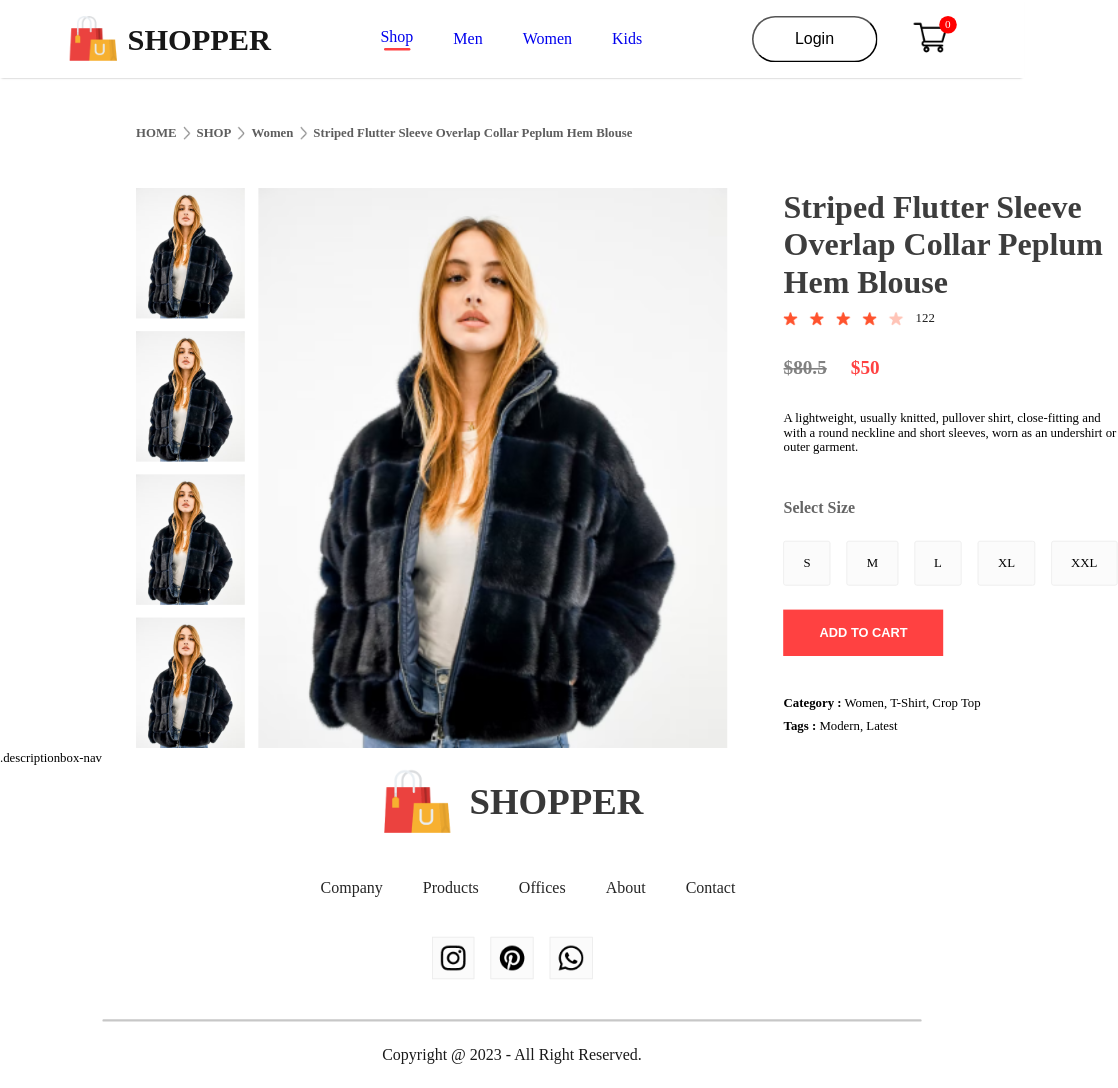
Repository: Nandhini653/SHOPPER-ECOM
Page: /product/1
The author's editor kept a copy of each file at every save. The page is drawn from the files as they stood at one save, then again after a run of saves.
The browser window is 1280 px wide. The page is 1397 px wide, so the pictures cover 1397 px, including what lies to the right of the window. The pictures show the whole page, at 80% of full size.
The project was rebuilt for these pictures with package versions that can differ from the ones it lists, and the page was loaded fresh each time. Also part of the build but not shown: src/App.css, src/Pages/CSS/ShopCategory.css, src/Components/Item/Item.css, src/Components/Item/Item.jsx, src/Pages/ShopCategory.jsx, src/Pages/Cart.jsx, src/Pages/CSS/LoginSignup.css, src/Pages/LoginSignup.jsx and 14 more.

Above is the page before, as saved 2024-06-24 17:35:44.

### src/index.css
* {
  margin: 0;
}

body {
  margin: 0;
  font-family: -apple-system, BlinkMacSystemFont, 'Segoe UI', 'Roboto', 'Oxygen',
    'Ubuntu', 'Cantarell', 'Fira Sans', 'Droid Sans', 'Helvetica Neue',
    sans-serif;
  -webkit-font-smoothing: antialiased;
  -moz-osx-font-smoothing: grayscale;
  font-family: 'poppins';
}

code {
  font-family: source-code-pro, Menlo, Monaco, Consolas, 'Courier New',
    monospace;
}

### src/App.js

import './App.css';
import Navbar from './Components/Navbar/Navbar';
import ShopCategory from './Pages/ShopCategory';
import Cart from './Pages/Cart';
import LoginSignup from './Pages/LoginSignup';
import Product from './Pages/Product';
import Shop from './Pages/Shop';
import Footer from './Components/Footer/Footer';
import men_banner from './Components/Assests/banner_mens.png'
import women_banner from './Components/Assests/banner_women.png'
import kid_banner from './Components/Assests/banner_kids.png'

import { BrowserRouter,Routes,Route } from 'react-router-dom';

function App() {
  return (
    <div>
      <BrowserRouter>
      <Navbar/>
      <Routes>
        <Route path = '/' element={<Shop/>}/>
        <Route path = '/mens' element={<ShopCategory  banner={men_banner}category="men"/>}/>
        <Route path = '/womens' element={<ShopCategory banner={women_banner} category="women"/>}/>
        <Route path = '/kids' element={<ShopCategory  banner= {kid_banner} category="kids"/>}/>
        <Route path= '/product' element={<Product/>}/>
        <Route path='/product/:productId' element={<Product />} />
        <Route path='/cart' element={<Cart/>}/>
        <Route path='/login' element={<LoginSignup/>}/>
      </Routes>
      <Footer/>
      </BrowserRouter>

    </div>
  );
}

export default App;

### src/Context/ShopContext.jsx
 import React , { createContext, useContext } from "react";
 import all_product from '../Components/Assests/all_product';

export const ShopContext = createContext(null);

const ShopContextProvider = (props) => {

    const contextValue = {all_product};

    return (
        <ShopContext.Provider value ={contextValue}>
            {props.children}
        </ShopContext.Provider>
    )
}
export default ShopContextProvider;

### src/Components/Navbar/Navbar.jsx
import React, { useState } from 'react'
import './Navbar.css'
import logo from '../Assests/logo.png'
import cart_icon from '../Assests/cart_icon.png'
import { Link } from 'react-router-dom'


const Navbar = () => {

    const [menu, setMenu] = useState("shop")
  return (
    <div className='navbar'>
        <div className="nav-logo">
            <img src={logo} alt="logo" />
            <p>SHOPPER</p>
        </div>
      <div className="nav-menu">
        <li onClick={()=> {setMenu("shop")}}> <Link  style ={{textDecoration: 'none '}} to='/'>Shop</Link> {menu === "shop"? <hr/> :<></>}</li>
        <li onClick={()=> {setMenu("mens")}}><Link style ={{textDecoration: 'none '}} to='/mens'>Men</Link>  {menu === "mens"? <hr/> :<></>}</li>
        <li onClick={()=> {setMenu("womens")}}><Link style ={{textDecoration: 'none '}} to='/womens'>Women </Link> {menu === "womens"? <hr/> :<></>}</li>
        <li onClick={()=> {setMenu("kids")}}><Link style ={{textDecoration: 'none '}} to='/kids'>Kids</Link>  {menu === "kids"? <hr/> :<></>}</li>
      </div>
      <div className="nav-login-cart">
        <Link to='/login'><button>Login</button></Link>
        <Link to='/cart'><img src= {cart_icon} alt='cart-icon'/></Link>
        <div className="nav-cart-count">0</div>
      </div>
    </div>
  )
}

export default Navbar

### src/Pages/Product.jsx
import React, { useContext } from 'react'
import { useParams } from 'react-router-dom';
import {ShopContext} from '../Context/ShopContext'
import Breadcrums from '../Components/Breadcrums/Breadcrums';
import ProductDisplay from '../Components/ProductDisplay/ProductDisplay';
import DescriptionBox from '../Components/DescriptionBox/DescriptionBox';

const Product = () => {
  const {all_product} = useContext(ShopContext);
  const {productId} = useParams();
  const product =all_product.find((e)=> e.id === Number(productId));
  return (
    <div>
      <Breadcrums product={product}/>
      <ProductDisplay product={product}/>
      <DescriptionBox />
    </div>
  )
}

export default Product

### src/Components/Footer/Footer.jsx
import React from 'react'
import './Footer.css'
import footer_logo from '../Assests/logo_big.png'
import instagram_icon from '../Assests/instagram_icon.png'
import pintester_icon from '../Assests/pintester_icon.png'
import whatsapp_icon from '../Assests/whatsapp_icon.png'

const Footer = () => {
    return (
        <div className='footer'>
            <div className="footer-logo">
                <img src={footer_logo} alt='' />
                <p>SHOPPER</p>
            </div>
            <ul className='footer-links'>
                <li>Company</li>
                <li>Products</li>
                <li>Offices</li>
                <li>About</li>
                <li>Contact</li>
            </ul>
            <div className="footer-social-icon">
                <div className="footer-icons-container">
                    <img src={instagram_icon} alt="" />
                </div>
                <div className="footer-icons-container">
                    <img src={pintester_icon} alt="" />
                </div>
                <div className="footer-icons-container">
                    <img src={whatsapp_icon} alt="" />
                </div>
            </div>
             <div className="footer-copyright">
                <hr/>
                <p> Copyright @ 2023 - All Right Reserved.</p>
             </div>
        </div>
    )
}

export default Footer

### src/Components/Navbar/Navbar.css
  .navbar {
    display: flex;
    justify-content: space-around;
    padding: 16px;
    box-shadow: 0 1px 3px -2px black;
  }

  .nav-logo {
    display: flex;
    align-items: center;
    gap: 10px;
  }

  .nav-logo p{
    color: #171717;
    font-size: 38px;
    font-weight: 600;
  }
  .nav-menu {
    display: flex;
    align-items: center;
    list-style: none;
    gap: 50px;
    color: #626262;
    font-size: 20px;
    font-weight: 500;
  }

  .nav-menu li {
    display: flex;
    flex-direction: column;
    align-items: center;
    justify-content: center;
    gap: 3px;
    cursor: pointer;
  }

  .nav-menu hr {
    border: none;
    width: 80%;
    height: 3px;
    border-radius: 10px;
    background: #FF4141;
  }

.nav-login-cart {
    display: flex;
    align-items: center;
    gap: 45px;
}

.nav-login-cart button {
    width: 157px;
    height: 58px;
    outline: none;
    border: 1 px solid #7a7a7a;
    border-radius: 75px;
    font-size: 20px;
    font-weight: 500;
    background: white;
    cursor: pointer;
}

.nav-login-cart button:active {
    background: #f3f3f3;
}

.nav-cart-count {
    width: 22px;
    height: 22px;
    display: flex;
    justify-content: center;
    align-items: center;
    margin-top: -35px;
    margin-left: -55px;
    border-radius: 11px;
    font-size: 14px;
    background: red;
    color: white;

}

### src/Components/Breadcrums/Breadcrums.jsx
import React from 'react'
import './Breadcrums.css'
import arrow_icon from '../Assests/breadcrum_arrow.png'

const Breadcrums = (props) => {
    const {product} = props;
  return (
    <div className='breadcrum'>
      HOME <img src={arrow_icon} alt=''/> SHOP <img src={arrow_icon} alt=''/> {product.category} <img src={arrow_icon} alt=''/>
      {product.name}


    </div>
  )
}

export default Breadcrums

### src/Components/ProductDisplay/ProductDisplay.jsx
import React from 'react'
import './ProductDisplay.css'
import star_icon from '../Assests/star_icon.png'
import star_dull_icon from '../Assests/star_dull_icon.png'


const ProductDisplay = (props) => {
  const { product } = props;
  return (
    <div className='productdisplay'>
      <div className="productdisplay-left">
        <div className="productdisplay-img-list">
          <img src={product.image} alt="" />
          <img src={product.image} alt="" />
          <img src={product.image} alt="" />
          <img src={product.image} alt="" />
        </div>

        <div className="productdisplay-img">
          <img className='productdisplay-main-img' src={product.image} alt='' />
        </div>

      </div>

      <div className="productdisplay-right">
        <h1> {product.name}</h1>
        <div className="productdisplay-right-stars">
          <img src={star_icon} alt="" />
          <img src={star_icon} alt="" />
          <img src={star_icon} alt="" />
          <img src={star_icon} alt="" />
          <img src={star_dull_icon} alt="" />
          <p> {122}</p>
        </div>

        <div className="productdisplay-right-prices">
          <div className="productdisplay-right-price-old">
            ${product.old_price} </div>
          <div className="productdisplay-right-price-new">
            ${product.new_price}</div>
        </div>
        <div className="productdisplay-right-description">
         <p> A lightweight, usually knitted, pullover shirt, close-fitting and with a round neckline and short sleeves, worn as an undershirt or outer garment.</p>
        </div>
        <div className="productdisplay-right-size">
          <h1> Select Size</h1>
          <div className="productdisplay-right-sizes">
             <div>S</div>
             <div>M</div>
             <div>L</div>
             <div>XL</div>
             <div>XXL</div>
          </div>
        </div>
        <button>ADD TO CART </button>
        <p className='productdisplay-right-category'><span> Category :</span> Women, T-Shirt, Crop Top  </p>
        <p className='productdisplay-right-category'><span> Tags :</span> Modern, Latest </p>

      </div>
    </div>
  )
}

export default ProductDisplay

### src/Components/DescriptionBox/DescriptionBox.jsx
import React from 'react'
import './DescriptionBox.css'

const DescriptionBox = () => {
  return (
    <div className='descriptionbox'>
      .descriptionbox-nav
    </div>
  )
}

export default DescriptionBox

### src/Components/Footer/Footer.css
.footer {
    display: flex;
    flex-direction: column;
    justify-content: center;
    align-items: center;
    gap: 50px;
}

.footer-logo {
    display: flex;
    align-items: center;
    gap: 20px;
}

.footer-logo p {
    color: #383838;
    font-size: 46px;
    font-weight: 700;
}

.footer-links {
    display: flex;
    list-style: none;
    gap: 50px;
    color: #252525;
    font-size: 20px;
}

.footer-links li {
    cursor: pointer;
}

.footer-social-icon {
    display: flex;
    gap: 20px;
}

.footer-icons-container {
    padding: 10px;
    padding-bottom: 6px;
    background: #fbfbfb;
    border: 1px solid #ebebeb;
}

.footer-copyright {
    display: flex;
    flex-direction: column;
    align-items: center;
    gap: 30px;
    width: 100%;
    margin-bottom: 30px;
    color:#1a1a1a;
    font-size: 20px;
}

.footer-copyright hr {
     width: 80%;
     border: none;
     border-radius: 10px;
     height: 3px;
     background:#c7c7c7 ;
}

### src/Components/ProductDisplay/ProductDisplay.css
.productdisplay {
    display:flex ;
    margin: 0px 170px;
}

.productdisplay-left {
    display: flex;
    gap: 17px;
}

.productdisplay-img-list {
    display: flex;
    flex-direction: column;
    gap: 16px;
}

.productdisplay-img-list img {
    height: 163px;
}

.productdisplay-main-img {
    width: 586px;
    height: 700px;
}

.productdisplay-right {
    margin: 0px 70px;
    display: flex;
    flex-direction: column;
}

.productdisplay-right h1 {
    color: #3d3d3d;
    font-size: 40px;
    font-weight: 700;
}

.productdisplay-right-stars {
    display: flex;
    align-items: center;
    margin-top: 13px;
    gap: 15px;
    color: #1c1c1c;
    font-size: 16px;
}

.productdisplay-right-prices {
    display: flex;
    margin: 40px 0px;
    gap: 30px;
    font-size: 24px;
    font-weight: 700;
}

.productdisplay-right-price-old {
    color: #818181;
    text-decoration: line-through;
}

.productdisplay-right-price-new {
    color: #ff4141;
}

.productdisplay-right-size h1 {
    margin-top: 55px;
    color: #656565;
    font-size: 20px;
    font-weight: 600;
}

.productdisplay-right-sizes {
   display: flex;
   margin: 30px 0px;
   gap: 20px;
}

.productdisplay-right-sizes div {
    padding: 18px 24px;
    background: #fbfbfb;
    border: 1px solid #ebebeb;
    border-radius: 3px;
    cursor: pointer;
}

.productdisplay-right button {
    padding: 20px 40px;
    width: 200px;
    font-size: 16px;
    font-weight: 600;
    color: white;
    background: #ff4141;
    margin-bottom: 40px;
    border: none;
    outline: none;
    cursor: pointer;
}

.productdisplay-right-category {
    margin-top: 10px;
}

.productdisplay-right-category span {
    font-weight: 600;
}

Loaded but not shown: src/index.js (common file); src/reportWebVitals.js (common file); src/Components/Breadcrums/Breadcrums.css (common file); src/Components/Assests/all_product.js (329 lines, source omitted)

After the next 2 saves:
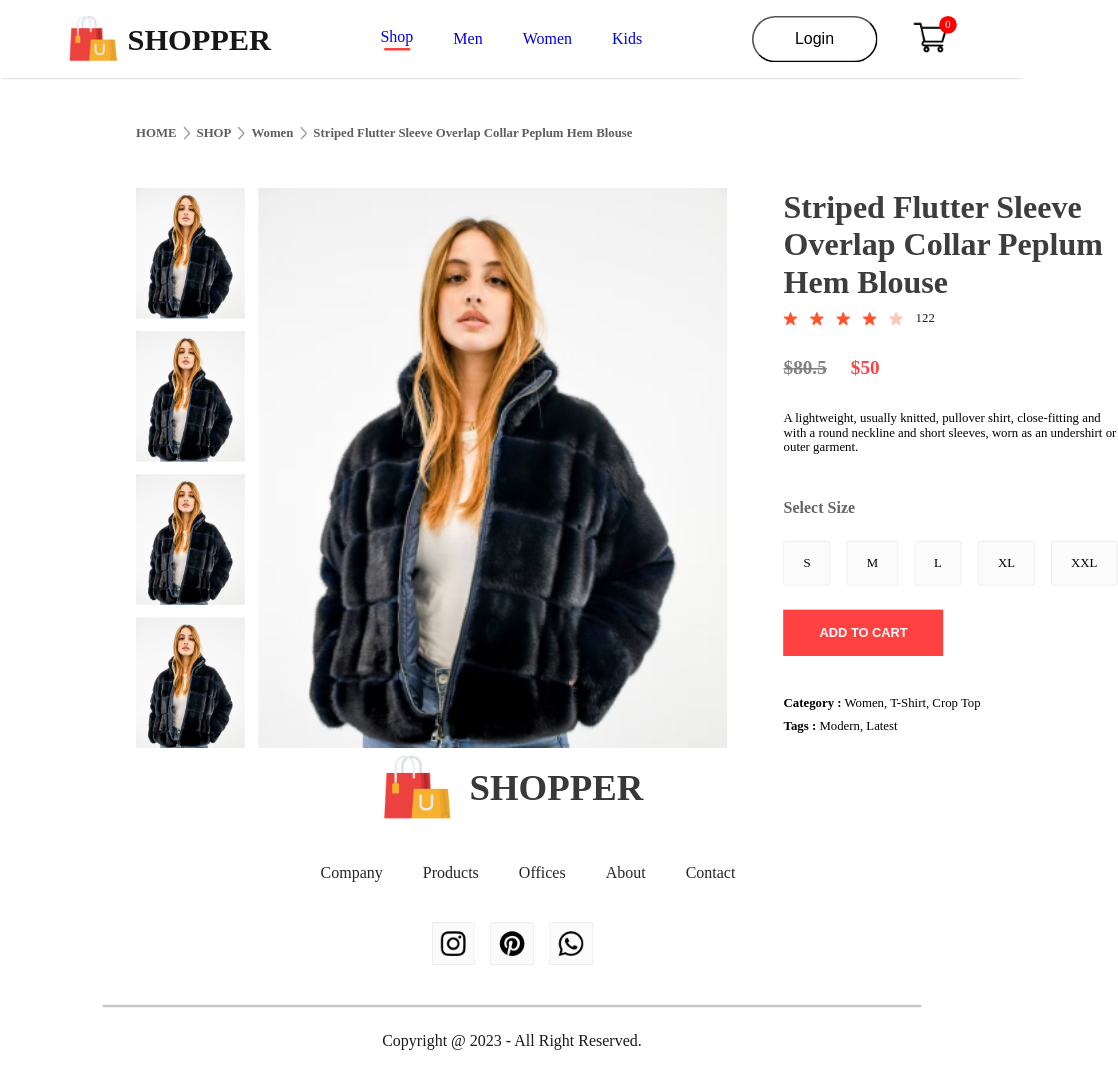
The 2 saves are shown as one change because they came seconds apart.
The last was saved 5 s later.
--- a/src/Components/DescriptionBox/DescriptionBox.jsx
+++ b/src/Components/DescriptionBox/DescriptionBox.jsx
@@ -4,7 +4,9 @@
 const DescriptionBox = () => {
   return (
     <div className='descriptionbox'>
-      .descriptionbox-nav
+      <div className="descriptionbox-navigator">
+
+      </div>
     </div>
   )
 }

After the 2 saves that followed:
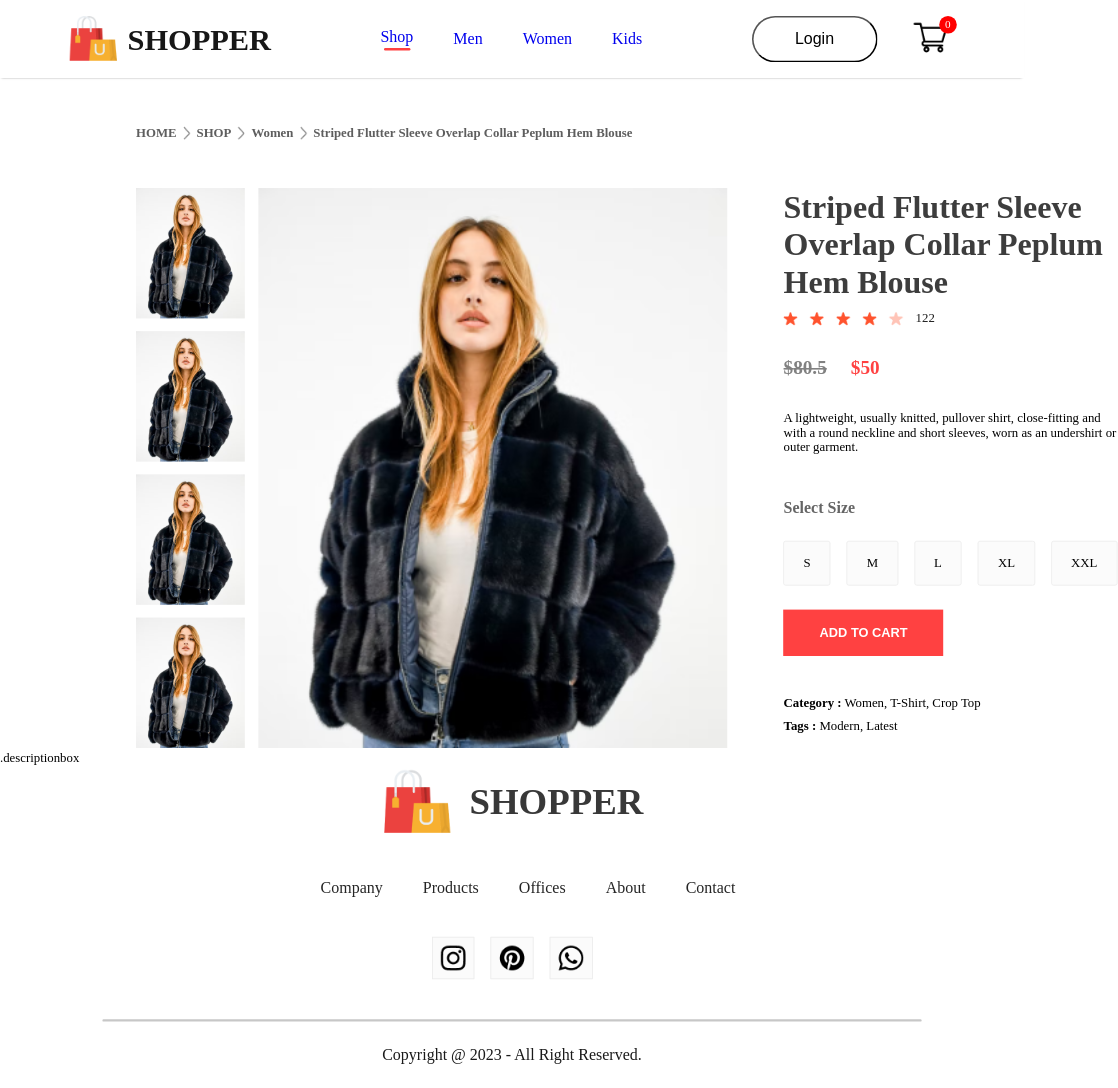
The 2 saves are shown as one change because they came seconds apart.
The last was saved 7 s later.
--- a/src/Components/DescriptionBox/DescriptionBox.jsx
+++ b/src/Components/DescriptionBox/DescriptionBox.jsx
@@ -5,7 +5,7 @@
   return (
     <div className='descriptionbox'>
       <div className="descriptionbox-navigator">
-
+        .descriptionbox
       </div>
     </div>
   )
